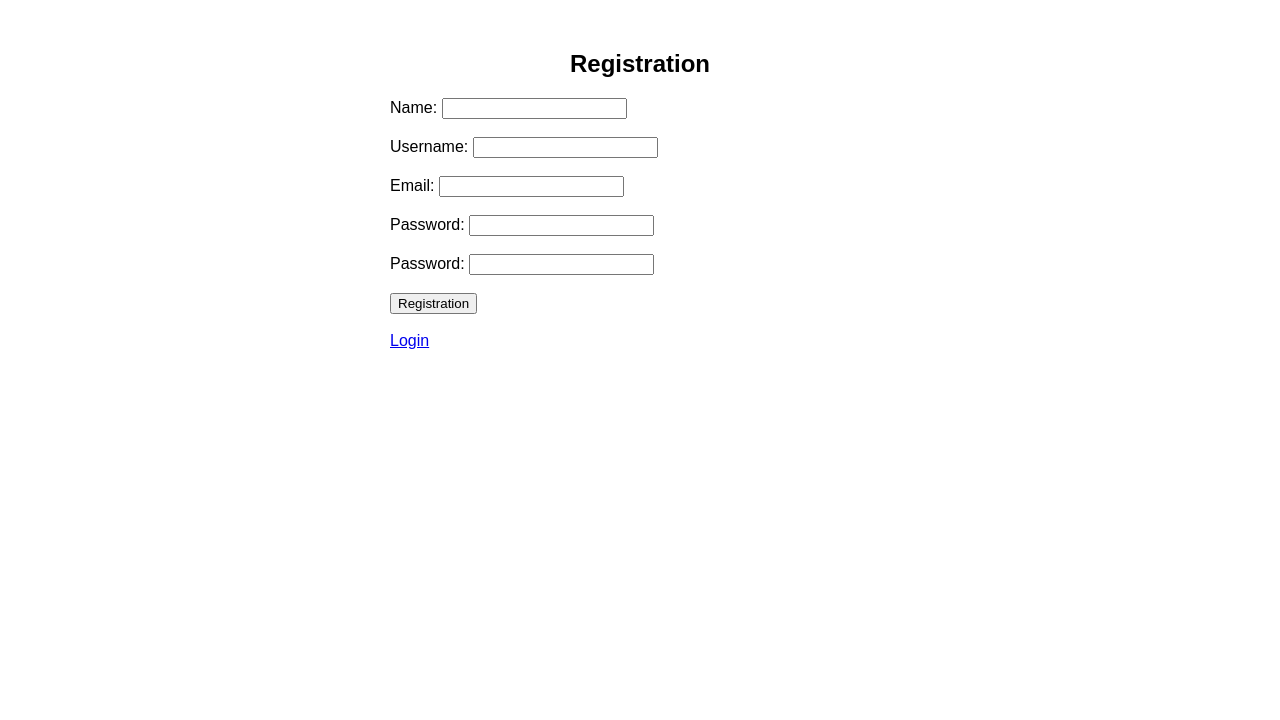
Repository: Acharya-Keerthana/Education
Page: http://localhost/registration.php
An editor plug-in stored every save of this project. The page is shown before and after the next save, followed by the edit.
The browser window is 1280 px wide. The pictures show the whole page.
The page is run by PHP 8.4 with error messages shown; the project is at /var/www/html/.

Above is the page before, as saved 2024-04-11 19:57:45.

After the next save:
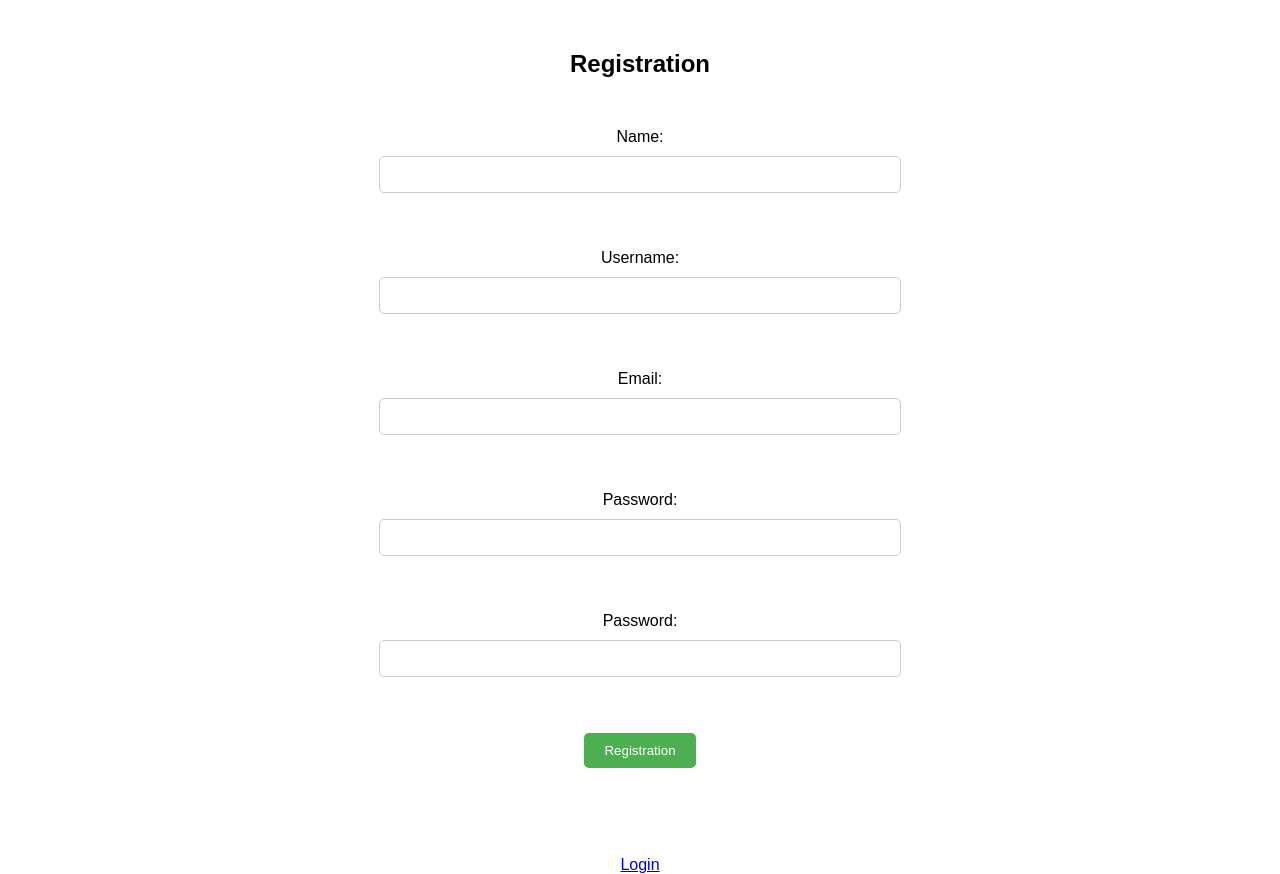
Saved 40 s later.
--- a/reglog/registration.php
+++ b/reglog/registration.php
@@ -39,24 +39,24 @@ if(isset($_POST["submit"])){
             text-align: center;
             margin-top: 50px;
         }
-        form(
+        form{
             display: flex;
             flex-direction: column;
             align-items: center;
             margin-top: 50px;
         }
-        label(
+        label{
             display: block;
             margin-bottom: 10px;
         }
-        input(
+        input{
             padding: 10px;
             margin-bottom: 20px;
             border-radius: 5px;
             border: 1px solid #ccc;
             width: 100%;
         }
-        button(
+        button{
             padding: 10px 20px;
             background-color: #4CAF50;
             color: white;
@@ -65,7 +65,7 @@ if(isset($_POST["submit"])){
             cursor: pointer;
             margin-bottom: 20px;
         }
-        a(
+        a{
             text-align: center;
             display: block;
             margin-top: 50px;
